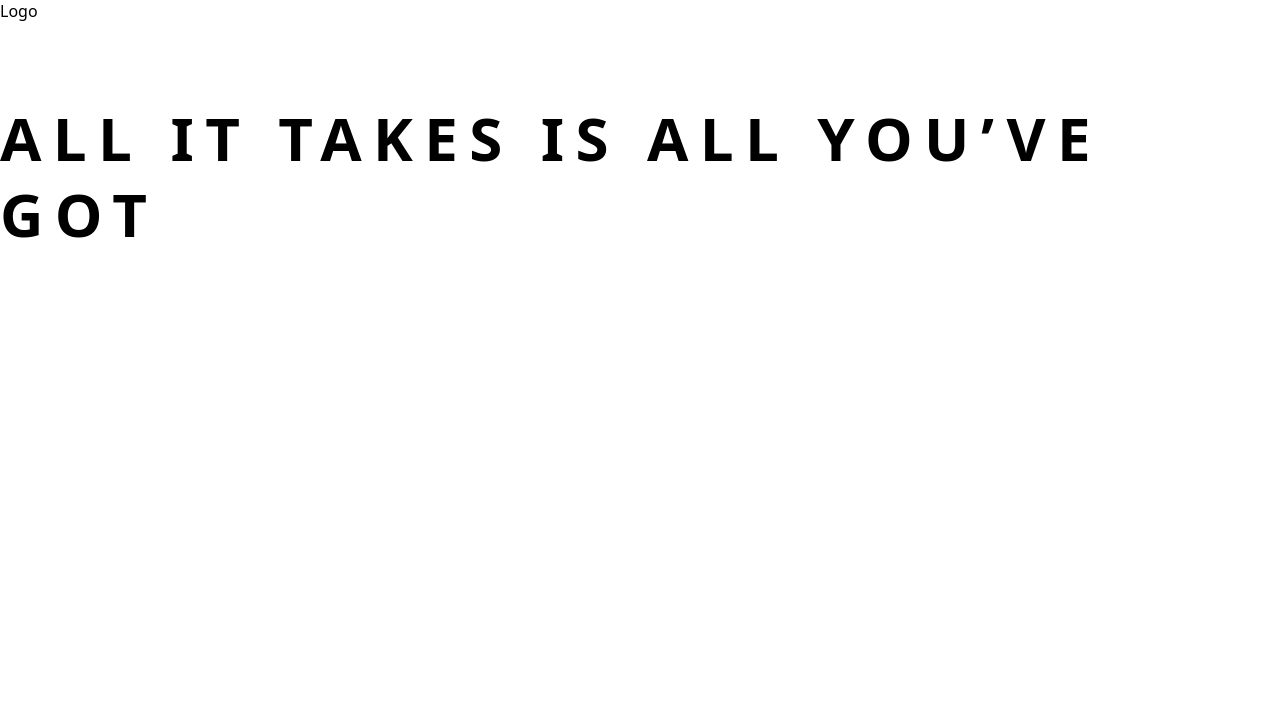
Repository: Thtsuman/dfc-site-v1
Page: /
An editor plug-in stored every save of this project. The page is shown before and after the next save, followed by the edit.
The browser window is 1280 px wide. The pictures show the whole page.
The project was rebuilt for these pictures with package versions that can differ from the ones it lists, and the page was loaded fresh each time.

Above is the page before, as saved 2022-07-29 22:39:57.

### src/index.js
import React from 'react'
import ReactDOM from 'react-dom'
import App from './app'

ReactDOM.render(<App/>, document.getElementById('root'))

### src/app.js
import Logo from 'ui_kits/atoms/Logo/Logo'
import React from 'react'
import 'styles/global.styles.scss'
import Typography from 'ui_kits/atoms/Typography/Typography'

const app = () => {
  return (
    <div>
        <Logo />
        <Typography type='big_heading'>ALL IT TAKES IS ALL YOU’VE GOT</Typography>
    </div>
  )
}

export default app

### src/ui_kits/atoms/Logo/Logo.jsx
import React from 'react'
import './Logo.styles.scss'

const Logo = () => {
  return (
    <div className='logo_wrapper'>Logo</div>
  )
}

export default Logo

### src/styles/global.styles.scss
@import url("https://fonts.googleapis.com/css2?family=Noto+Sans&display=swap");

html,
body {
  padding: 0;
  margin: 0;
  font-family: 'Noto Sans', -apple-system, BlinkMacSystemFont, Segoe UI, Roboto, Oxygen, Ubuntu, Cantarell, Fira Sans,
    Droid Sans, Helvetica Neue, sans-serif;
  overflow: overlay !important;

}

a {
  color: inherit;
  text-decoration: none;
}

* {
  box-sizing: border-box;
}

### src/ui_kits/atoms/Typography/Typography.jsx
import React from 'react'
import './Typography.styles.scss'

const Typography = ({
    type = 'body1',
    children
}) => {
  return (
    <div className={`typography__${type}`}>{children}</div>
  )
}

export default Typography

### src/ui_kits/atoms/Logo/Logo.styles.scss
.logo_wrapper {
    height: 100px;
    width: 100px;
}

### src/ui_kits/atoms/Typography/Typography.styles.scss
.typography {

    &__big_heading {
        font-style: normal;
        font-weight: 900;
        font-size: 60px;
        line-height: 76px;
        letter-spacing: 0.19em;
    }

    &__body1 {
        font-style: normal;
        font-weight: 500;
        font-size: 16px;
        line-height: 20px;
        letter-spacing: 0.19em;
    }
}

Loaded but not shown: public/index.html (common file)

After the next save:
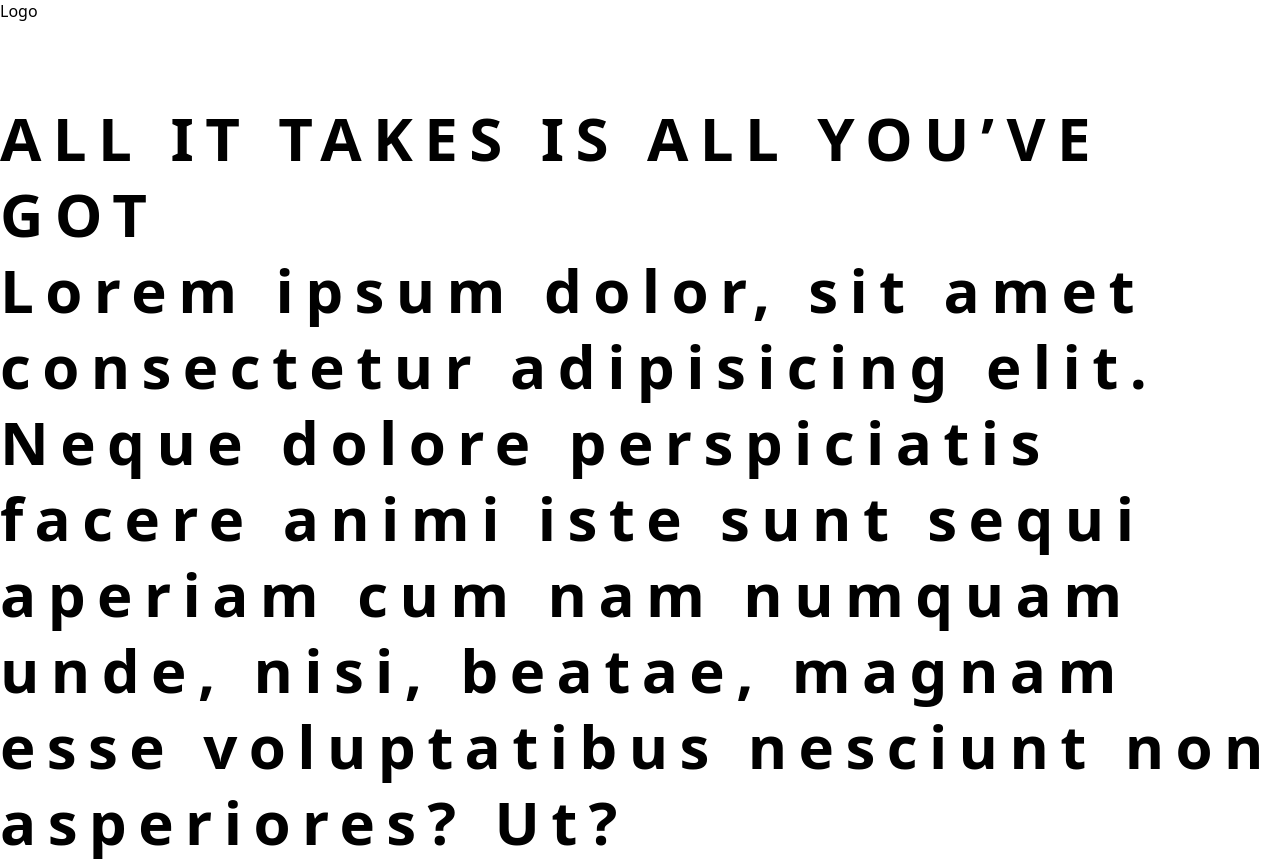
Saved 16 s later.
--- a/src/app.js
+++ b/src/app.js
@@ -8,6 +8,9 @@ const app = () => {
     <div>
         <Logo />
         <Typography type='big_heading'>ALL IT TAKES IS ALL YOU’VE GOT</Typography>
+        <Typography type='big_heading'>
+        Lorem ipsum dolor, sit amet consectetur adipisicing elit. Neque dolore perspiciatis facere animi iste sunt sequi aperiam cum nam numquam unde, nisi, beatae, magnam esse voluptatibus nesciunt non asperiores? Ut?
+        </Typography>
     </div>
   )
 }
